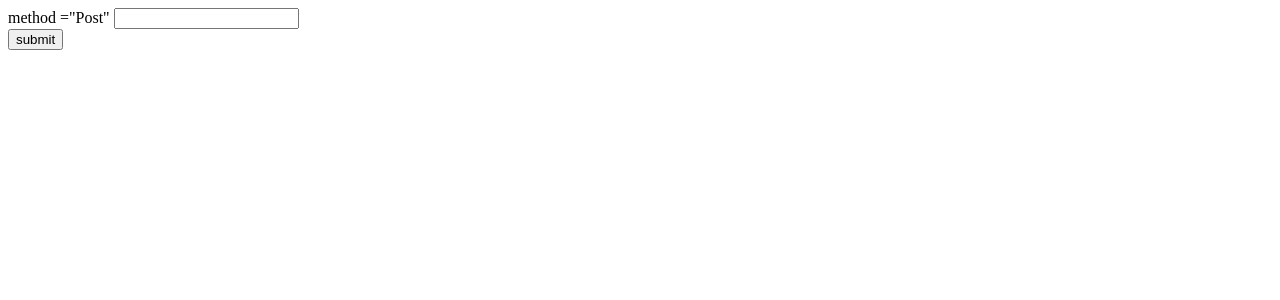
Repository: shankar841/shankar
Page: jecm4/src/main/webapp/WEB-INF/hs1.html
The author's editor kept a copy of each file at every save. The page is drawn from the files as they stood at one save, then again after the next save.
The browser window is 1280 px wide. The pictures show the whole page.

Above is the page before, as saved 2023-02-07 06:40:07.

### jecm4/src/main/webapp/WEB-INF/hs1.html
<!DOCTYPE html>
<html>
<head>
<meta charset="ISO-8859-1">
<title>Insert title here</title>
</head>
<body>
<form action="bd"> method ="Post"
<input type="text"name="hsemid"><br>


<button>submit</button>
</form>

</body>
</html>

After the next save:
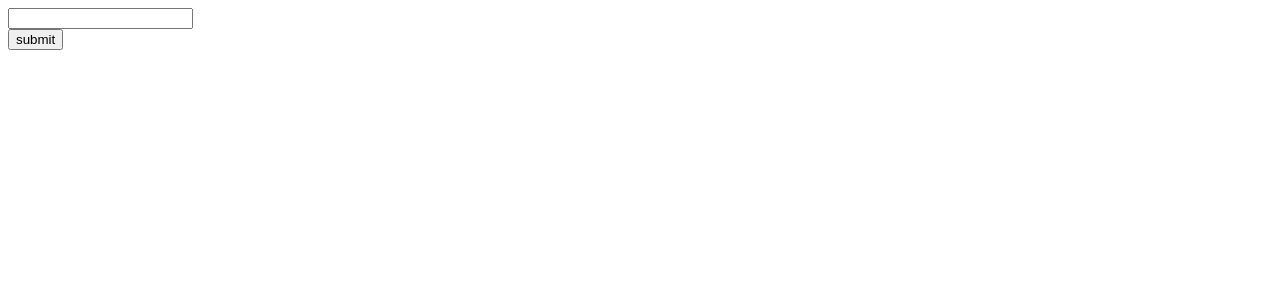
Saved 47 s later.
--- a/jecm4/src/main/webapp/WEB-INF/hs1.html
+++ b/jecm4/src/main/webapp/WEB-INF/hs1.html
@@ -5,7 +5,7 @@
 <title>Insert title here</title>
 </head>
 <body>
-<form action="bd"> method ="Post"
+<form action="bd"    method ="Post" >
 <input type="text"name="hsemid"><br>
 
 
